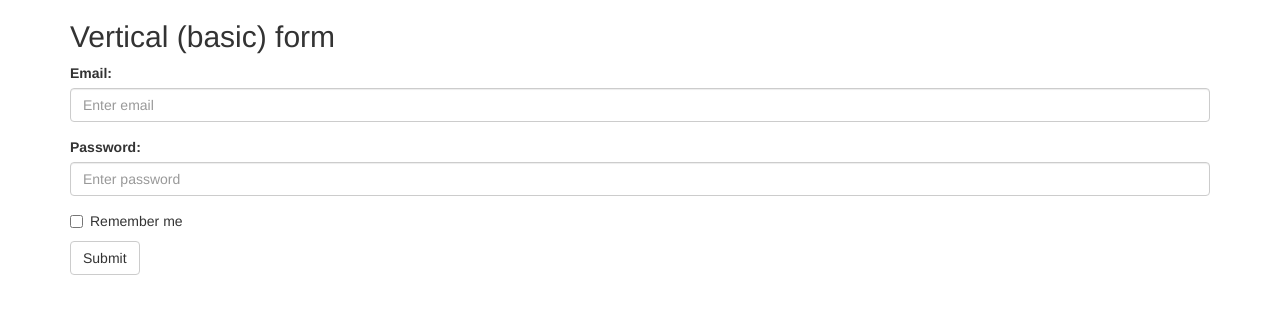
Repository: harshthakur2/Innogent_task2
Page: http://localhost/CRUD_Op/login.jsp
The author's editor kept a copy of each file at every save. The page is drawn from the files as they stood at one save, then again after the next save.
The browser window is 1280 px wide. The pictures show the whole page.
The page is served by Tomcat 9. Other server files are loaded and not shown.

Above is the page before, as saved 2023-09-12 05:56:10.

### CRUD_Op/src/main/webapp/login.jsp
<%@ page language="java" contentType="text/html; charset=ISO-8859-1"
    pageEncoding="ISO-8859-1"%>
<!DOCTYPE html>
<html>
<head>
  <link rel="stylesheet" href="https://maxcdn.bootstrapcdn.com/bootstrap/3.4.1/css/bootstrap.min.css">
  <script src="https://ajax.googleapis.com/ajax/libs/jquery/3.6.4/jquery.min.js"></script>
  <script src="https://maxcdn.bootstrapcdn.com/bootstrap/3.4.1/js/bootstrap.min.js"></script>
<meta charset="ISO-8859-1">
<title>Insert title here</title>

</head>
<body>

<div class="container">
  <h2>Vertical (basic) form</h2>
  <form action="/action_page.php">
    <div class="form-group">
      <label for="email">Email:</label>
      <input type="email" class="form-control" id="email" placeholder="Enter email" name="email">
    </div>
    <div class="form-group">
      <label for="pwd">Password:</label>
      <input type="password" class="form-control" id="pwd" placeholder="Enter password" name="pwd">
    </div>
    <div class="checkbox">
      <label><input type="checkbox" name="remember"> Remember me</label>
    </div>
    <button type="submit" class="btn btn-default">Submit</button>
  </form>
</div>
</body>
</html>

After the next save:
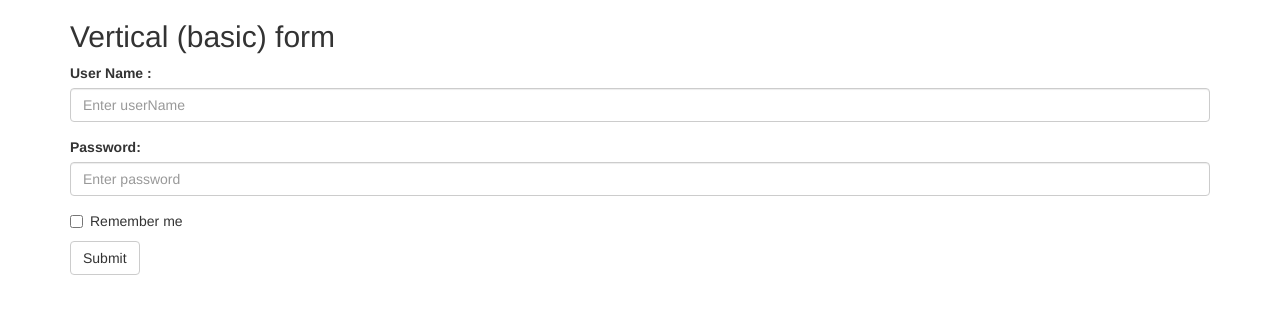
Saved 9 s later.
--- a/CRUD_Op/src/main/webapp/login.jsp
+++ b/CRUD_Op/src/main/webapp/login.jsp
@@ -14,10 +14,10 @@
 
 <div class="container">
   <h2>Vertical (basic) form</h2>
-  <form action="/action_page.php">
+  <form action="login.jsp" method="post">
     <div class="form-group">
-      <label for="email">Email:</label>
-      <input type="email" class="form-control" id="email" placeholder="Enter email" name="email">
+      <label for="userName">User Name :</label>
+      <input type="text" class="form-control" id="email" placeholder="Enter userName" name="userName">
     </div>
     <div class="form-group">
       <label for="pwd">Password:</label>
